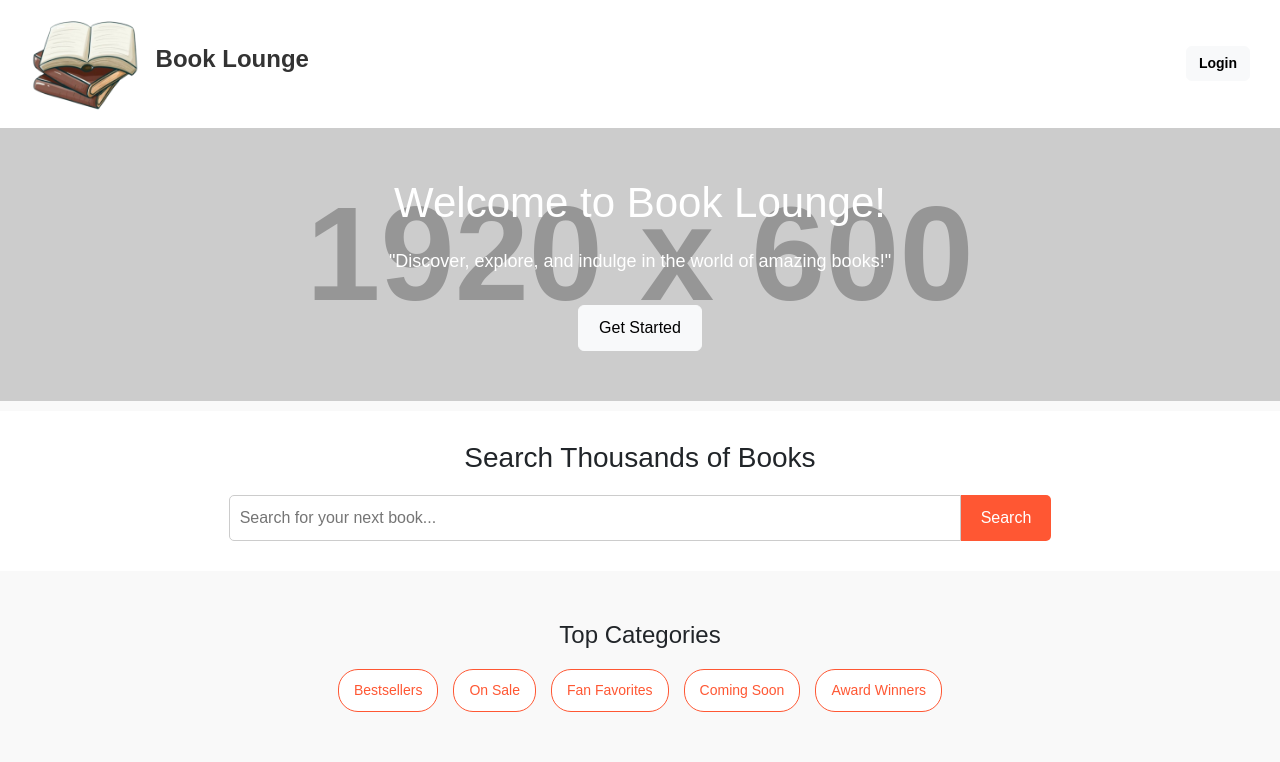
Repository: moehaymanmyint/Book-Longue-Web-System
Page: pages/home.html
These files come from the project's save history. The page is drawn as it stood at one moment and after the next save; the edit follows.
The browser window is 1280 px wide. The pictures show the whole page.

Above is the page before, as saved 2024-12-31 15:05:38.

### pages/home.html
<!DOCTYPE html>
<html lang="en">
<head>
    <meta charset="UTF-8">
    <meta name="viewport" content="width=device-width, initial-scale=1.0">
    <title>Book Lounge - Home</title>
    <link href="https://cdn.jsdelivr.net/npm/bootstrap@5.3.3/dist/css/bootstrap.min.css" rel="stylesheet" integrity="sha384-QWTKZyjpPEjISv5WaRU9OFeRpok6YctnYmDr5pNlyT2bRjXh0JMhjY6hW+ALEwIH" crossorigin="anonymous">
    <script src="https://cdn.jsdelivr.net/npm/bootstrap@5.3.3/dist/js/bootstrap.bundle.min.js" integrity="sha384-YvpcrYf0tY3lHB60NNkmXc5s9fDVZLESaAA55NDzOxhy9GkcIdslK1eN7N6jIeHz" crossorigin="anonymous"></script>
    <link rel="stylesheet" href="https://cdnjs.cloudflare.com/ajax/libs/font-awesome/6.7.2/css/all.min.css" integrity="sha512-Evv84Mr4kqVGRNSgIGL/F/aIDqQb7xQ2vcrdIwxfjThSH8CSR7PBEakCr51Ck+w+/U6swU2Im1vVX0SVk9ABhg==" crossorigin="anonymous" referrerpolicy="no-referrer" />
    <style>
        body {
            font-family: Arial, sans-serif;
            margin: 0;
            padding: 0;
            background-color: #f9f9f9;
        }

        .nav-bar {
            display: flex;
            justify-content: space-between;
            align-items: center;
            padding: 15px 30px;
            background-color: #fff;
            box-shadow: 0 2px 5px rgba(0, 0, 0, 0.1);
        }

        .nav-bar .left {
            display: flex;
            align-items: center;
        }

        .nav-bar img {
            margin-right: 10px;
        }

        .nav-bar h1 {
            font-size: 24px;
            font-weight: bold;
            color: #333;
        }

        .nav-bar .right a {
            text-decoration: none;
        }

        .nav-bar .right .login-btn {
            font-size: 14px;
            font-weight: bold;
        }

        .hero {
            text-align: center;
            padding: 50px 20px;
            background: url('https://via.placeholder.com/1920x600') center/cover no-repeat;
            color: #fff;
        }

        .hero h1 {
            font-size: 42px;
            margin-bottom: 20px;
        }

        .hero p {
            font-size: 18px;
            margin-bottom: 30px;
        }

        .hero .btn {
            padding: 10px 20px;
            font-size: 16px;
        }

        .search-section {
            text-align: center;
            padding: 30px;
            background-color: #fff;
            margin-top: 10px;
        }

        .search-section h1 {
            font-size: 28px;
            margin-bottom: 10px;
        }

        .search-bar {
            display: flex;
            justify-content: center;
            margin-top: 20px;
        }

        .search-bar input {
            width: 60%;
            padding: 10px;
            font-size: 16px;
            border: 1px solid #ccc;
            border-radius: 5px 0 0 5px;
            outline: none;
        }

        .search-bar button {
            padding: 10px 20px;
            border: none;
            background-color: #ff5733;
            color: #fff;
            font-size: 16px;
            cursor: pointer;
            border-radius: 0 5px 5px 0;
        }

        .search-bar button:hover {
            background-color: #e14d2a;
        }

        .categories {
            margin: 30px auto;
            text-align: center;
            padding: 20px;
        }

        .categories h2 {
            font-size: 24px;
            margin-bottom: 20px;
        }

        .categories .category-buttons {
            display: flex;
            justify-content: center;
            flex-wrap: wrap;
            gap: 15px;
        }

        .categories button {
            padding: 10px 15px;
            font-size: 14px;
            border: 1px solid #ff5733;
            background-color: #fff;
            color: #ff5733;
            cursor: pointer;
            border-radius: 20px;
        }

        .categories button:hover {
            background-color: #ff5733;
            color: #fff;
        }

        .books {
            display: flex;
            justify-content: center;
            gap: 15px;
            margin-top: 20px;
        }

        .book {
            width: 120px;
            text-align: center;
        }

        .book img {
            width: 100%;
            border-radius: 5px;
        }

        .book-title {
            font-size: 14px;
            margin-top: 10px;
            color: #333;
        }
    </style>
</head>
<body>
    <div class="nav-bar">
        <div class="left">
            <img src="../src/logo.png" alt="Logo" width="10%">
            <h1>Book Lounge</h1>
        </div>
        <div class="right">
            <a href="../pages/login.html"><button type="button" class="login-btn btn btn-light">Login</button></a>
        </div>
    </div>

    <div class="hero">
        <h1>Welcome to Book Lounge!</h1>
        <p>"Discover, explore, and indulge in the world of amazing books!"</p>
        <a href="../pages/signup.html">
            <button type="button" class="btn btn-light">Get Started</button>
        </a>
    </div>

    <section class="search-section">
        <h1>Search Thousands of Books</h1>
        <div class="search-bar">
            <input type="text" placeholder="Search for your next book...">
            <button>Search</button>
        </div>
    </section>

    <section class="categories">
        <h2>Top Categories</h2>
        <div class="category-buttons">
            <button>Bestsellers</button>
            <button>On Sale</button>
            <button>Fan Favorites</button>
            <button>Coming Soon</button>
            <button>Award Winners</button>
        </div>
    </section>
</body>
</html>

After the next save:
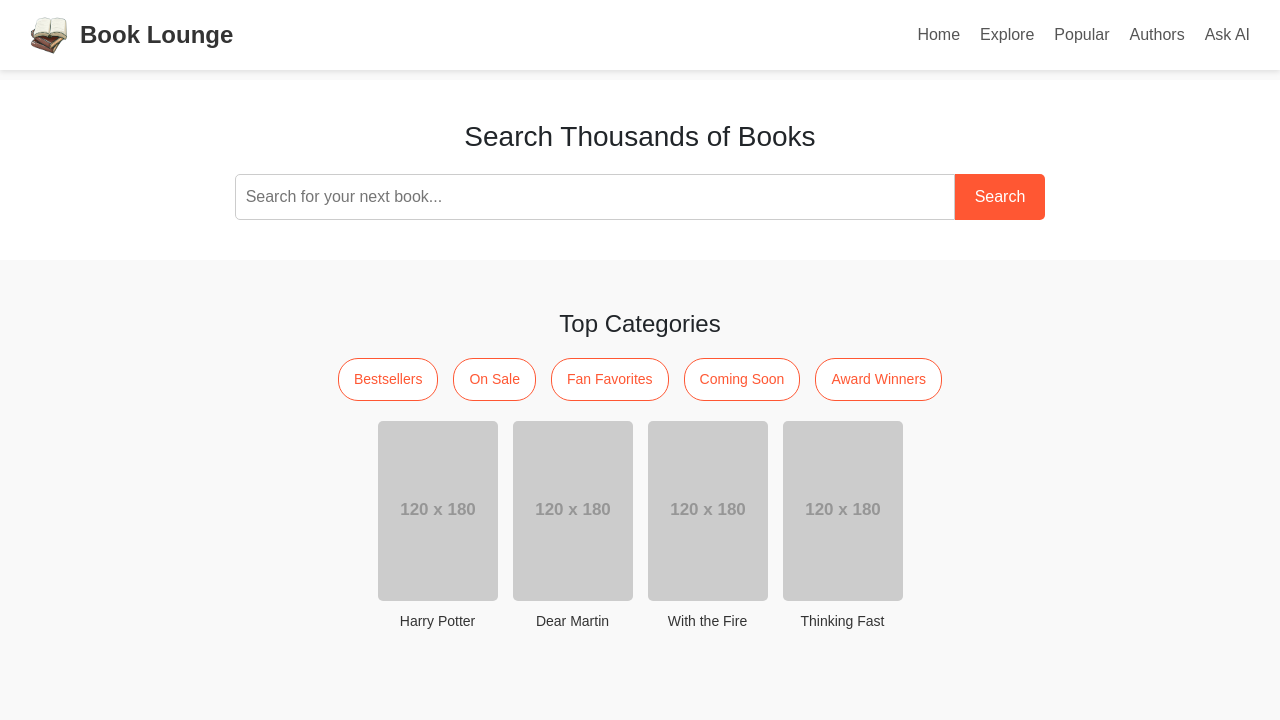
Saved 2 min 43 s later.
--- a/pages/home.html
+++ b/pages/home.html
@@ -5,7 +5,6 @@
     <meta name="viewport" content="width=device-width, initial-scale=1.0">
     <title>Book Lounge - Home</title>
     <link href="https://cdn.jsdelivr.net/npm/bootstrap@5.3.3/dist/css/bootstrap.min.css" rel="stylesheet" integrity="sha384-QWTKZyjpPEjISv5WaRU9OFeRpok6YctnYmDr5pNlyT2bRjXh0JMhjY6hW+ALEwIH" crossorigin="anonymous">
-    <script src="https://cdn.jsdelivr.net/npm/bootstrap@5.3.3/dist/js/bootstrap.bundle.min.js" integrity="sha384-YvpcrYf0tY3lHB60NNkmXc5s9fDVZLESaAA55NDzOxhy9GkcIdslK1eN7N6jIeHz" crossorigin="anonymous"></script>
     <link rel="stylesheet" href="https://cdnjs.cloudflare.com/ajax/libs/font-awesome/6.7.2/css/all.min.css" integrity="sha512-Evv84Mr4kqVGRNSgIGL/F/aIDqQb7xQ2vcrdIwxfjThSH8CSR7PBEakCr51Ck+w+/U6swU2Im1vVX0SVk9ABhg==" crossorigin="anonymous" referrerpolicy="no-referrer" />
     <style>
         body {
@@ -15,7 +14,7 @@
             background-color: #f9f9f9;
         }
 
-        .nav-bar {
+        header {
             display: flex;
             justify-content: space-between;
             align-items: center;
@@ -24,55 +23,43 @@
             box-shadow: 0 2px 5px rgba(0, 0, 0, 0.1);
         }
 
-        .nav-bar .left {
+        .logo {
             display: flex;
             align-items: center;
-        }
-
-        .nav-bar img {
-            margin-right: 10px;
-        }
-
-        .nav-bar h1 {
+            gap: 10px;
+        }
+
+        .logo img {
+            width: 40px;
+            height: 40px;
+        }
+
+        .logo h1 {
             font-size: 24px;
             font-weight: bold;
             color: #333;
-        }
-
-        .nav-bar .right a {
+            margin: 0;
+        }
+
+        nav {
+            display: flex;
+            gap: 20px;
+        }
+
+        nav a {
             text-decoration: none;
-        }
-
-        .nav-bar .right .login-btn {
-            font-size: 14px;
-            font-weight: bold;
-        }
-
-        .hero {
-            text-align: center;
-            padding: 50px 20px;
-            background: url('https://via.placeholder.com/1920x600') center/cover no-repeat;
-            color: #fff;
-        }
-
-        .hero h1 {
-            font-size: 42px;
-            margin-bottom: 20px;
-        }
-
-        .hero p {
-            font-size: 18px;
-            margin-bottom: 30px;
-        }
-
-        .hero .btn {
-            padding: 10px 20px;
+            color: #555;
             font-size: 16px;
+            font-weight: 500;
+        }
+
+        nav a:hover {
+            color: #ff5733;
         }
 
         .search-section {
             text-align: center;
-            padding: 30px;
+            padding: 40px;
             background-color: #fff;
             margin-top: 10px;
         }
@@ -169,23 +156,19 @@
     </style>
 </head>
 <body>
-    <div class="nav-bar">
-        <div class="left">
-            <img src="../src/logo.png" alt="Logo" width="10%">
+    <header>
+        <div class="logo">
+            <img src="../src/logo.png" alt="Logo">
             <h1>Book Lounge</h1>
         </div>
-        <div class="right">
-            <a href="../pages/login.html"><button type="button" class="login-btn btn btn-light">Login</button></a>
-        </div>
-    </div>
-
-    <div class="hero">
-        <h1>Welcome to Book Lounge!</h1>
-        <p>"Discover, explore, and indulge in the world of amazing books!"</p>
-        <a href="../pages/signup.html">
-            <button type="button" class="btn btn-light">Get Started</button>
-        </a>
-    </div>
+        <nav>
+            <a href="#">Home</a>
+            <a href="#">Explore</a>
+            <a href="#">Popular</a>
+            <a href="#">Authors</a>
+            <a href="#">Ask AI</a>
+        </nav>
+    </header>
 
     <section class="search-section">
         <h1>Search Thousands of Books</h1>
@@ -204,6 +187,24 @@
             <button>Coming Soon</button>
             <button>Award Winners</button>
         </div>
+        <div class="books">
+            <div class="book">
+                <img src="https://via.placeholder.com/120x180" alt="Book">
+                <div class="book-title">Harry Potter</div>
+            </div>
+            <div class="book">
+                <img src="https://via.placeholder.com/120x180" alt="Book">
+                <div class="book-title">Dear Martin</div>
+            </div>
+            <div class="book">
+                <img src="https://via.placeholder.com/120x180" alt="Book">
+                <div class="book-title">With the Fire</div>
+            </div>
+            <div class="book">
+                <img src="https://via.placeholder.com/120x180" alt="Book">
+                <div class="book-title">Thinking Fast</div>
+            </div>
+        </div>
     </section>
 </body>
 </html>
